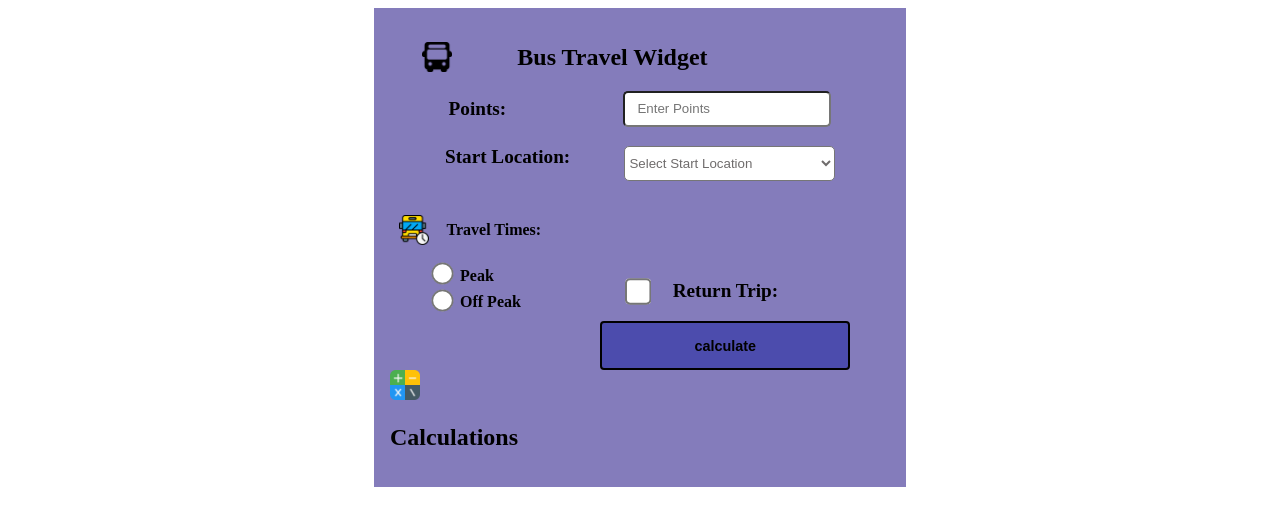
Repository: lasity34/bus_travel
Page: index.html
The author's editor kept a copy of each file at every save. The page is drawn from the files as they stood at one save, then again after the next save.
The browser window is 1280 px wide. The pictures show the whole page.

Above is the page before, as saved 2023-05-31 12:11:52.

After the next save:
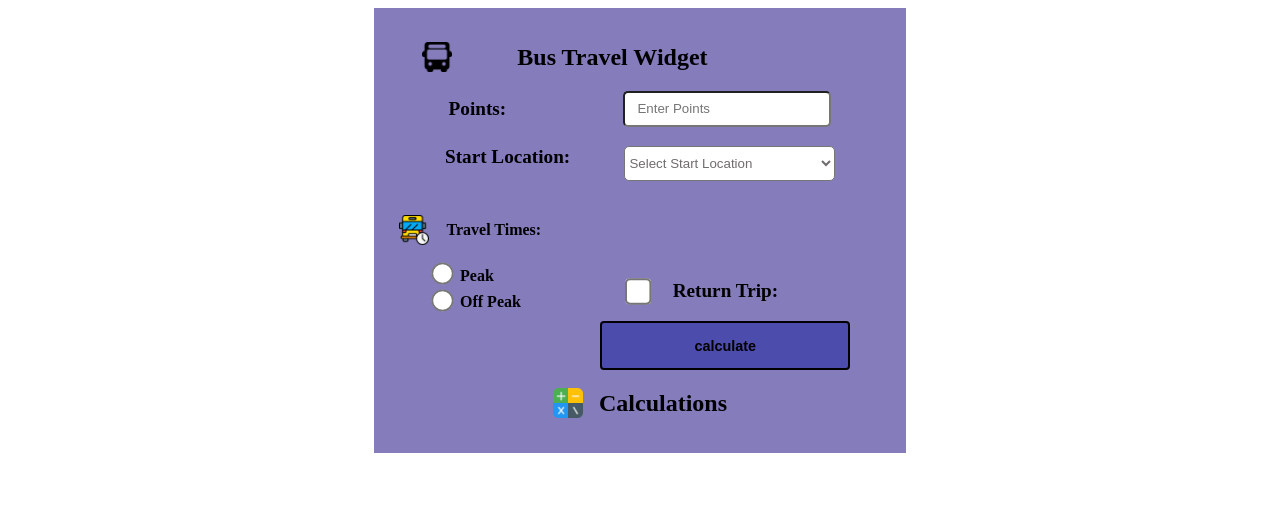
Saved 55 s later.
--- a/style.css
+++ b/style.css
@@ -130,3 +130,14 @@ input[type="checkbox"] {
 .check_box h4 {
     margin-left: 1em;
 }
+
+
+.display_title {
+    display: flex;
+    justify-content: center;
+}
+
+.display_title img {
+    align-self: center;
+    margin-right: 1em;
+}
